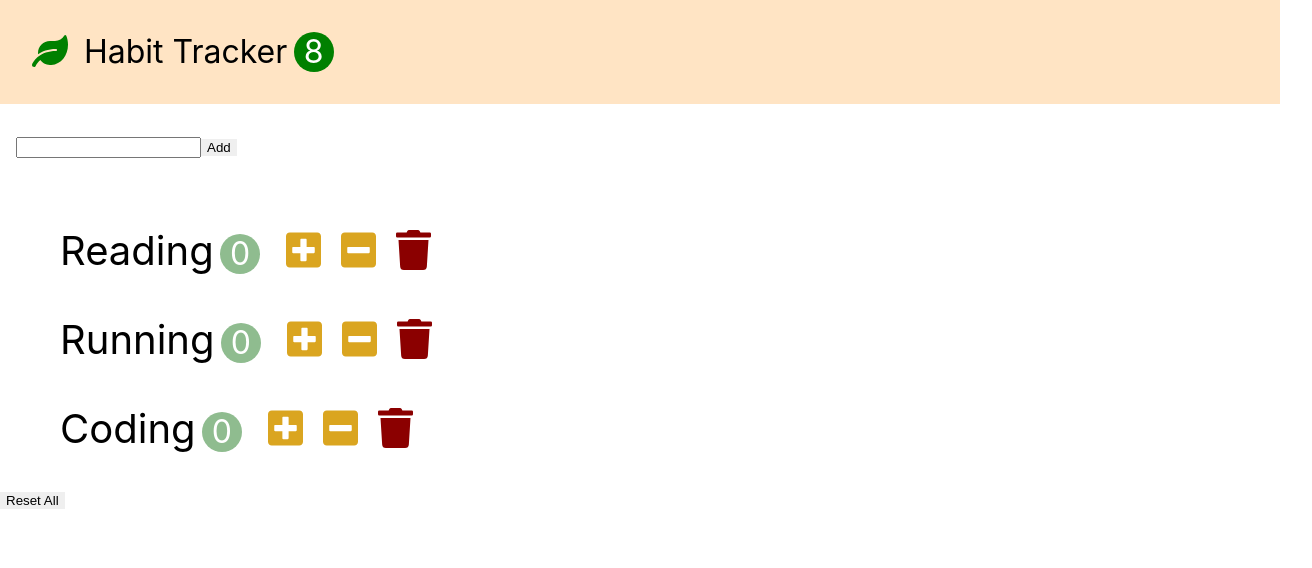
Repository: keehoonjung/react-habit-tracker
Page: / (app in react/habit-tracker/)
The author's editor kept a copy of each file at every save. The page is drawn from the files as they stood at one save, then again after the next save.
The browser window is 1280 px wide. The page is 1312 px wide, so the pictures cover 1312 px, including what lies to the right of the window. The pictures show the whole page.
The project was rebuilt for these pictures with package versions that can differ from the ones it lists, and the page was loaded fresh each time.

Above is the page before, as saved 2021-08-30 18:33:17.

### react/habit-tracker/public/index.html
<!DOCTYPE html>
<html lang="en">
  <head>
    <meta charset="utf-8" />
    <link rel="icon" href="%PUBLIC_URL%/favicon.ico" />
    <meta name="viewport" content="width=device-width, initial-scale=1" />
    <meta name="theme-color" content="#000000" />
    <meta
      name="description"
      content="Web site created using create-react-app"
    />
    <link rel="apple-touch-icon" href="%PUBLIC_URL%/logo192.png" />
    <title>App</title>
  </head>
  <body>
    <noscript>You need to enable JavaScript to run this app.</noscript>
    <div id="root"></div>
  </body>
</html>

### react/habit-tracker/src/app.jsx
import React, { Component } from "react";
import "./app.css";
import Habits from "./components/habits";

class App extends Component {
  state = {
    count: 0,
  };
  render() {
    return (
      <>
        <nav className="header">
          <i className="fas fa-leaf"></i>
          <span className="header-title">Habit Tracker</span>
          <span className="header-count">8</span>
        </nav>
        <div className="input-container">
          <input type="text" className="input" />
          <button className="habit-input">Add</button>
        </div>
        <Habits />
        <button className="reset-button">Reset All</button>
      </>
    );
  }
}

export default App;

### react/habit-tracker/src/app.css
button {
  outline: none;
  border: 0;
  cursor: pointer;
}

.header {
  background-color: bisque;
  font-size: 2rem;
  padding: 2rem 2rem;
}

.fa-leaf {
  color: green;
  margin-right: 1rem;
}

.header-count {
  display: inline-block;
  text-align: center;
  width: 2.5rem;
  height: 2.5rem;
  line-height: 2.5rem;
  font-size: 2rem;
  margin-left: 0.2em;
  margin-right: 0.5em;
  background-color: green;
  color: white;
  border-radius: 50%;
}

.input-container {
  width: 100%;
  padding: 2rem 1rem;
}

.habit {
  font-size: 2.5rem;
  padding: 0.5em;
  list-style: none;
}

.habit-count {
  display: inline-block;
  text-align: center;
  width: 2.5rem;
  height: 2.5rem;
  line-height: 2.5rem;
  font-size: 2rem;
  margin-left: 0.2em;
  margin-right: 0.5em;
  background-color: darkseagreen;
  color: white;
  border-radius: 50%;
}

.habit-button {
  font-size: 2.5rem;
  margin: 0 0.1em;
  background-color: transparent;
}

.habit-button:hover {
  opacity: 0.8;
}

.habit-increase,
.habit-decrease {
  color: goldenrod;
}

.habit-delete {
  color: darkred;
}

### react/habit-tracker/src/components/habits.jsx
import React, { Component } from "react";
import Habit from "./habit";

class Habits extends Component {
  state = {
    habits: [
      { id: 1, name: "Reading", count: 0 },
      { id: 2, name: "Running", count: 0 },
      { id: 3, name: "Coding", count: 0 },
    ],
  };

  handleIncrement = (habit) => {
    const habits = [...this.state.habits];
    const index = habits.indexOf(habit);
    habits[index].count++;
    this.setState({ habits });
  };
  handledecrement = (habit) => {
    const habits = [...this.state.habits];
    const index = habits.indexOf(habit);
    const count = habits[index].count - 1;
    habits[index].count = count < 0 ? 0 : count;
    this.setState({ habits });
  };
  handleDelete = (habit) => {
    const habits = this.state.habits.filter((item) => item.id !== habit.id);
    this.setState({ habits });
  };
  render() {
    return (
      <ul>
        {this.state.habits.map((habit) => (
          <Habit
            key={habit.id}
            habit={habit}
            OnhandleIncrement={this.handleIncrement}
            Onhandledecrement={this.handledecrement}
            OnhandleDelete={this.handleDelete}
          />
        ))}
      </ul>
    );
  }
}

export default Habits;

### react/habit-tracker/src/components/habit.jsx
import React, { Component } from "react";

class Habit extends Component {
  handleIncrement = () => {
    // this.setState({ count: this.state.count + 1 });
    this.props.OnhandleIncrement(this.props.habit);
  };

  handledecrement = () => {
    this.props.Onhandledecrement(this.props.habit);
  };
  handleDelete = () => {
    this.props.OnhandleDelete(this.props.habit);
  };
  render() {
    const { name, count } = this.props.habit;
    return (
      <li className="habit">
        <span className="habit-name">{name}</span>
        <span className="habit-count">{count}</span>
        <button
          className="habit-button habit-increase"
          onClick={this.handleIncrement}
        >
          <i className="fas fa-plus-square"></i>
        </button>
        <button
          className="habit-button habit-decrease"
          onClick={this.handledecrement}
        >
          <i className="fas fa-minus-square"></i>
        </button>
        <button
          className="habit-button habit-delete"
          onClick={this.handleDelete}
        >
          <i className="fas fa-trash"></i>
        </button>
      </li>
    );
  }
}

export default Habit;

Loaded but not shown: react/habit-tracker/src/index.js (common file); react/habit-tracker/src/index.css (common file)

After the next save:
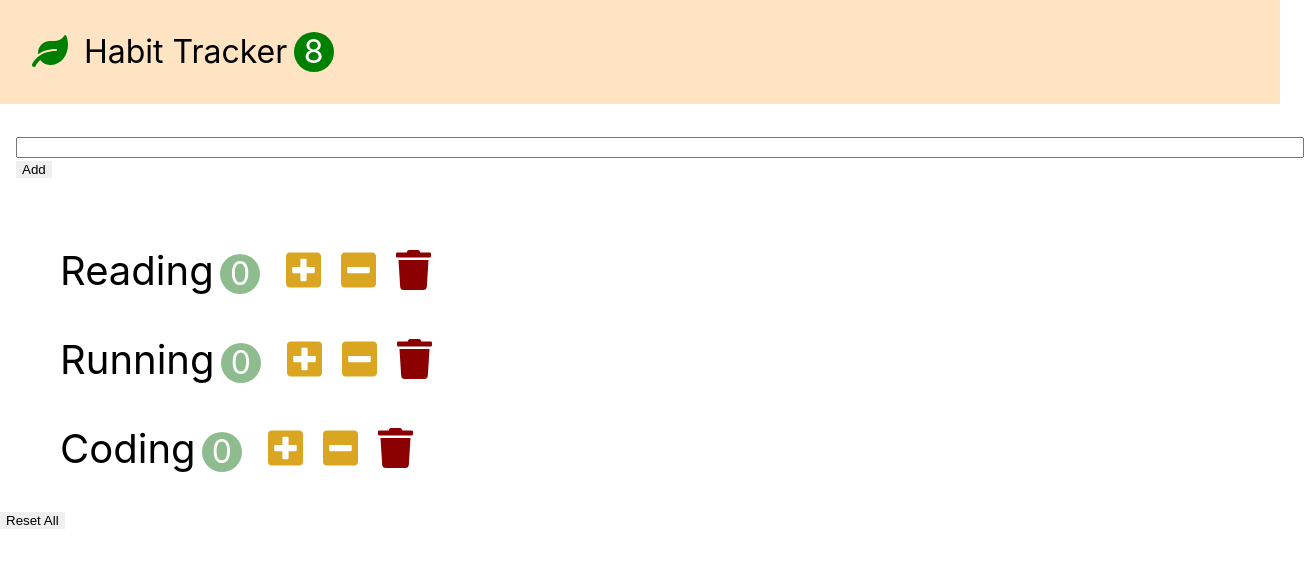
Saved 20 s later.
--- a/react/habit-tracker/src/app.css
+++ b/react/habit-tracker/src/app.css
@@ -32,6 +32,10 @@ button {
 .input-container {
   width: 100%;
   padding: 2rem 1rem;
+}
+
+.input {
+  width: 100%;
 }
 
 .habit {
